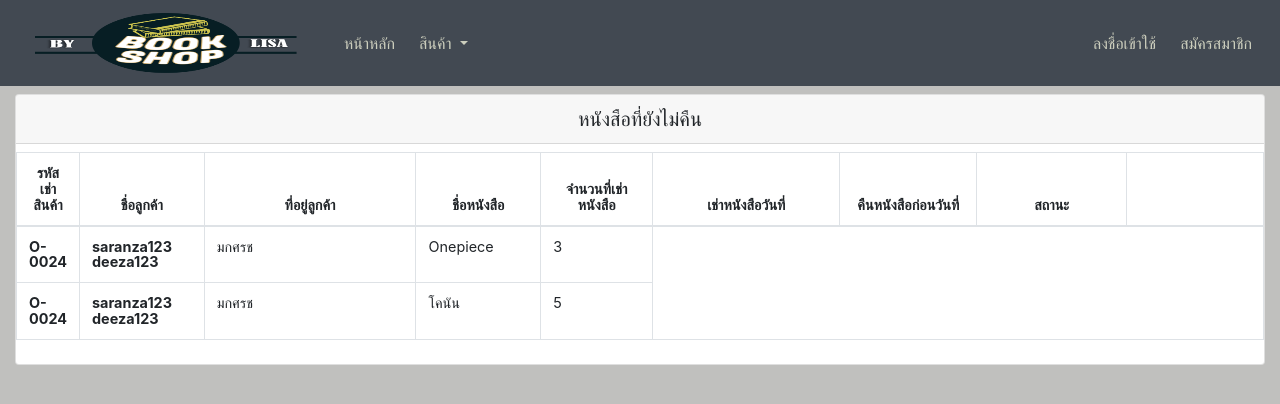
Repository: peawza/shopbook
Page: http://localhost/returnproduct.php?Order_id=24
The author's editor kept a copy of each file at every save. The page is drawn from the files as they stood at one save, then again after the next save.
The browser window is 1280 px wide. The pictures show the whole page.
The page is run by PHP 8.4 with error messages shown; the project is at /var/www/html/. Other server files are loaded and not shown. The database holds what the project's SQL file puts in it.

Above is the page before, as saved 2020-10-01 11:13:59.

### returnproduct.php
<!DOCTYPE html>
<html lang="en">

<head>
    <meta charset="UTF-8">
    <meta name="viewport" content="width=device-width, initial-scale=1.0">
    <title>Document</title>
    <?php
    require_once('php/condbbook.php');
    include('include\importcss.php');
    include('include\navber.php');
    //echo '<pre>';
    //print_r($_SESSION);
    //$_SESSION['ses_php_var'] = $_GET['sendVal'];
    //$_SESSION['ses_php_var'] = $_POST['sendVal'];
    //$_SESSION['Typeid'] = $_POST['Typeid'];
    //print_r($_POST);
    //print_r($_GET);
    //echo '<pre>';

    ?>
</head>

<body>
    <div class="container-fluid py-2">
        <div class="card ">
            <h5 class="card-header text-center">หนังสือที่ยังไม่คืน</h5>

            <div class="py-2">
                <table class="table table-bordered table-responsive-sm">
                    <thead>
                        <tr>
                            <th width="5%" class="text-center">รหัสเช่าสินค้า</th>
                            <th width="10%" class="text-center">ชื่อลูกค้า</th>
                            <th width="17%" class="text-center">ที่อยู่ลูกค้า</th>
                            <th width="10%" class="text-center">ชื่อหนังสือ</th>
                            <th width="9%" class="text-center">จำนวนที่เช่าหนังสือ</th>
                            <th width="15%" class="text-center">เช่าหนังสือวันที่</th>
                            <th width="11%" class="text-center">คืนหนังสือก่อนวันที่</th>
                            <th width="12%" class="text-center">สถานะ</th>
                            <th width="12%" class="text-center"></th>

                        </tr>
                    </thead>
                    <tbody>
                        <?php
                        /*
                    [0] => 1
                    [orders_id] => 1
                    [1] => 4
                    [User_ID] => 4
                    [2] => ฟหดกหฟดกหฟด
                    [Order_addressuser] => ฟหดกหฟดกหฟด
                    [3] => 2464
                    [orders_renttotal] => 2464
                    [4] => 0
                    [orders_returntotal] => 0
                    [5] => 2464
                    [orders_sumtotal] => 2464
                    [6] => 0
                    [orders_iscomplete] => 0
                    [7] => 4
                    [8] => user
                    [User_Username] => user
                    [9] => $2y$10$fB6aRvLojb8vG3ukgnwcle6rynH6hiaSNAOSCfskrj2DL4A6y8HM6
                    [User_Password] => $2y$10$fB6aRvLojb8vG3ukgnwcle6rynH6hiaSNAOSCfskrj2DL4A6y8HM6
                    [10] => ศุภชัย
                    [User_Firstname] => ศุภชัย
                    [11] => แจ้งอรุณ
                    [User_Lastname] => แจ้งอรุณ
                    [12] => 0970562607
                    [User_Telephonenumber] => 0970562607
                    [13] => agileza_555@hotmail.com
                    [User_Email] => agileza_555@hotmail.com
                    [14] => 9091310863447.jpg
                    [User_Photo] => 9091310863447.jpg
                    [15] => 2020-09-26
                    [User_Createdate] => 2020-09-26
                    [16] => admin
                    [User_Type] => admin
                    [17] => 1
                    [orderrent_id] => 1
                    [18] => 4
                    [orderrent_productid] => 4
                    [19] => 1
                    [orderrent_amount] => 1
                    [20] => 1232
                    [orderrent_totalprice] => 1232
                    [21] => 2020-09-30
                    [orderrent_rentdate] => 2020-09-30
                    [22] => 2020-10-20
                    [orderrent_returndate] => 2020-10-20
                    [23] => 0
                    [orderrent_status] => 0
                    [24] => 4
                    [Product_ID] => 4
                    [25] => 3
                    [Type_ID] => 3
                    [26] => sadsazzz
                    [Product_Name] => sadsazzz
                    [27] => asdasd
                    [Product_Details] => asdasd
                    [28] => 1232
                    [Product_Price] => 1232
                    [29] => 113
                    [Product_Balance] => 113
                    [30] => 2
                    [Product_rentday] => 2
                    [31] => 9091656962219.png
                    [Product_Photo] => 9091656962219.png
                    [32] => 2020-09-30
                    [Product_datesave] => 2020-09-30

                        */
                        if (isset($_GET['Order_id'])) {
                            $orderid = $_GET['Order_id'];
                            $selectproduct = "SELECT * FROM `orders`,`user`,`orderrent`,`product` WHERE `user`.`User_ID`=`orders`.`User_ID`AND`orders`.`orders_id`= `orderrent`.`orderrent_id`AND `product`.`Product_ID`=`orderrent`.`orderrent_productid` AND`orderrent`.`orderrent_id`= '" . $orderid . "'";
                            $resulproduct = mysqli_query($conn, $selectproduct);
                            while ($rowproduct = mysqli_fetch_array($resulproduct)) {
                        ?>
                        <tr>
                            <th><?php
                                        $code = sprintf('O-%04d', $rowproduct['orders_id']);
                                        echo $code ?>
                            </th>
                            <th><?php echo $rowproduct["User_Firstname"] . ' ' . $rowproduct['User_Lastname'] ?>
                            </th>
                            <td><?php echo $rowproduct["Order_addressuser"]  ?></td>
                            <td><?php echo $rowproduct["Product_Name"]  ?></td>
                            <td><?php echo $rowproduct["orderrent_amount"]  ?></td>

                        </tr>



                        <?php
                                //echo '<pre>';
                                //print_r($rowproduct);
                                //echo '<pre>';
                            }
                        } else {


                            echo 'null';
                        }


                        ?>
                    </tbody>
                    </thead>
                </table>
            </div>
        </div>
    </div>










</body>
<?php
include('include\importjavascript.php');
?>

</html>

### php/condbbook.php
<?php
session_start();
$conn = new mysqli('localhost', 'root', '1234', 'shopbook');
$conn->set_charset("utf8");
//$conn->query('set name utf8');
//echo $conn->connect_error;
if ($conn->connect_errno) {
    die("conmection Failed" . $conn->connect_error);
} /*else {
    die("OK Database");
}*/

//$conndata = new mysqli('localhost', 'root', '1234', 'shop');

### include/importcss.php
<link rel="stylesheet" href="node_modules/bootstrap/dist/css/bootstrap.min.css"> <!-- link เลือก css-->
<link rel="stylesheet" href="node_modules/font-awesome5/css/fontawesome-all.css">
<link rel="stylesheet" href="include/CSS/styles.css?v=<?php echo filemtime('include/CSS/styles.css'); ?>"
    type=" text/css">

<script src="https://www.google.com/recaptcha/api.js"></script>

<script src="https://ajax.googleapis.com/ajax/libs/jquery/2.2.0/jquery.min.js"></script>

<script src="https://maxcdn.bootstrapcdn.com/bootstrap/3.3.6/js/bootstrap.min.js"></script>

### include/importjavascript.php
<script src="node_modules/jquery/dist/jquery.min.js"></script> <!-- sc เลือก src -->
<script src="node_modules/popper.js/dist/umd/popper.min.js"></script>
<script src="node_modules/bootstrap/dist/js/bootstrap.min.js"></script>
<script src="node_modules/jquery-validation/dist/jquery.validate.min.js"></script>
<script src="include/JS/script.js?v=<?php echo filemtime('include/JS/script.js') ?>"></script>

### DB/shopbook.sql (the tables this page reads)
CREATE TABLE `orderrent` (
  `orderrent_id` int(11) NOT NULL,
  `orderrent_productid` int(11) NOT NULL,
  `orderrent_amount` int(11) NOT NULL,
  `orderrent_totalprice` int(11) NOT NULL,
  `orderrent_rentdate` date NOT NULL,
  `orderrent_returndate` date NOT NULL,
  `orderrent_status` int(11) NOT NULL
) ENGINE=InnoDB DEFAULT CHARSET=utf8mb4 COLLATE=utf8mb4_bin;

INSERT INTO `orderrent` (`orderrent_id`, `orderrent_productid`, `orderrent_amount`, `orderrent_totalprice`, `orderrent_rentdate`, `orderrent_returndate`, `orderrent_status`) VALUES
(21, 12, 1, 50, '2020-10-23', '2020-10-30', 1),
(21, 13, 1, 50, '2020-10-23', '2020-10-30', 1),
(21, 15, 1, 45, '2020-10-23', '2020-10-30', 1),
(21, 20, 1, 100, '2020-10-23', '2020-10-30', 1),
(22, 4, 3, 300, '2020-10-23', '2020-10-30', 1),
(23, 13, 1, 50, '2020-10-23', '2020-10-30', 1),
(24, 7, 3, 150, '2020-10-25', '2020-11-01', 0),
(24, 24, 5, 175, '2020-10-25', '2020-11-01', 0),
(25, 8, 10, 500, '2020-10-25', '2020-11-01', 1),
(26, 8, 10, 500, '2020-10-25', '2020-11-01', 1),
(27, 15, 40, 1800, '2020-10-25', '2020-11-01', 1),
(28, 4, 10, 1000, '2020-10-25', '2020-11-01', 1),
(29, 12, 1, 50, '2020-10-25', '2020-11-01', 1),
(29, 23, 10, 300, '2020-10-25', '2020-11-01', 1),
(30, 7, 1, 50, '2020-10-25', '2020-11-01', 1),
(30, 24, 1, 35, '2020-10-25', '2020-11-01', 1),
(31, 12, 1, 50, '2020-10-25', '2020-11-01', 1),
(31, 24, 1, 35, '2020-10-25', '2020-11-01', 1),
(31, 42, 1, 70, '2020-10-25', '2020-11-01', 1),
(32, 23, 1, 30, '2020-10-25', '2020-11-01', 1),
(33, 36, 10, 1000, '2020-10-25', '2020-11-01', 1),
(34, 51, 1, 200, '2020-10-25', '2020-11-04', 1),
(35, 51, 60, 12000, '2020-10-25', '2020-11-04', 1),
(36, 47, 70, 2100, '2020-10-25', '2020-11-01', 0),
(37, 25, 50, 2000, '2020-10-25', '2020-11-01', 0),
(38, 3, 1, 100, '2020-10-27', '2020-11-03', 1),
(39, 16, 1, 75, '2020-10-27', '2020-11-03', 1),
(40, 52, 10, 1000, '2020-10-27', '2020-11-03', 0),
(41, 51, 1, 200, '2020-10-27', '2020-11-06', 0);

ALTER TABLE `orderrent`
  ADD PRIMARY KEY (`orderrent_id`,`orderrent_productid`) USING BTREE,
  ADD KEY `orderrent_productid` (`orderrent_productid`);

ALTER TABLE `orderrent`
  ADD CONSTRAINT `orderrent_ibfk_2` FOREIGN KEY (`orderrent_productid`) REFERENCES `product` (`Product_ID`),
  ADD CONSTRAINT `orderrent_ibfk_3` FOREIGN KEY (`orderrent_id`) REFERENCES `orders` (`orders_id`) ON DELETE CASCADE;

CREATE TABLE `orders` (
  `orders_id` int(11) NOT NULL,
  `User_ID` int(11) NOT NULL,
  `Order_addressuser` text COLLATE utf8mb4_bin NOT NULL,
  `orders_renttotal` float NOT NULL DEFAULT 0,
  `orders_returntotal` float NOT NULL DEFAULT 0,
  `orders_sumtotal` float NOT NULL,
  `orders_iscomplete` int(11) NOT NULL
) ENGINE=InnoDB DEFAULT CHARSET=utf8mb4 COLLATE=utf8mb4_bin;

INSERT INTO `orders` (`orders_id`, `User_ID`, `Order_addressuser`, `orders_renttotal`, `orders_returntotal`, `orders_sumtotal`, `orders_iscomplete`) VALUES
(21, 9, 'ชลบุรี', 245, 0, 245, 2),
(22, 9, '', 300, 0, 300, 2),
(23, 9, '123', 50, 0, 50, 2),
(24, 10, 'มกศรช', 325, 0, 325, 0),
(25, 9, 'sdafffsdfdsafdsagdasgaasdfdsag', 500, 0, 500, 2),
(26, 9, 'หฟกหฟกหฟกหฟกกหฟ', 500, 0, 500, 2),
(27, 9, 'adsdsa', 1800, 1500, 3300, 2),
(28, 9, 'asdasdsa', 1000, 1000, 2000, 2),
(29, 11, 'มกศรช', 350, 0, 350, 2),
(30, 11, 'มกศรช ผฟกหกห', 85, 170, 255, 2),
(31, 11, 'ชลบุรี', 155, 0, 155, 2),
(32, 11, '123132', 30, 0, 30, 2),
(33, 11, '123', 1000, 0, 1000, 2),
(34, 11, '123123\r\n', 200, 0, 200, 2),
(35, 11, '1111\r\n\r\n', 12000, 0, 12000, 2),
(36, 11, 'ชลบุรี', 2100, 0, 2100, 0),
(37, 11, 'ชลบุรี', 2000, 0, 2000, 0),
(38, 9, 'ชลบุรี', 100, 0, 100, 2),
(39, 9, 'มก', 75, 150, 225, 2),
(40, 9, 'มก', 1000, 0, 1000, 0),
(41, 12, 'asd', 200, 0, 200, 0);

ALTER TABLE `orders`
  ADD PRIMARY KEY (`orders_id`),
  ADD KEY `User_ID` (`User_ID`);

ALTER TABLE `orders`
  ADD CONSTRAINT `orders_ibfk_1` FOREIGN KEY (`User_ID`) REFERENCES `user` (`User_ID`);

CREATE TABLE `product` (
  `Product_ID` int(11) NOT NULL,
  `Type_ID` int(11) NOT NULL,
  `Product_Name` text COLLATE utf8mb4_bin NOT NULL,
  `Product_Details` text COLLATE utf8mb4_bin NOT NULL,
  `Product_Price` float NOT NULL,
  `product_buy` int(11) DEFAULT NULL,
  `Product_Balance` int(11) NOT NULL,
  `Product_rentday` int(11) NOT NULL,
  `Product_Photo` text COLLATE utf8mb4_bin NOT NULL,
  `Product_datesave` date NOT NULL
) ENGINE=InnoDB DEFAULT CHARSET=utf8mb4 COLLATE=utf8mb4_bin;

INSERT INTO `product` (`Product_ID`, `Type_ID`, `Product_Name`, `Product_Details`, `Product_Price`, `product_buy`, `Product_Balance`, `Product_rentday`, `Product_Photo`, `Product_datesave`) VALUES
(3, 11, 'บุเพสันนิวาส', 'เกศสุรางค์ หญิงสาวร่างอ้วนจำต้องทะลุมิติไปในรัชกาลสมเด็จพระนารายณ์มหาราช ในร่างของแม่หญิงการะเกดผู้แสนร้ายกาจ และได้พบกับผู้คนมากมายทั้ง หมื่นสุนทรเทวา ผู้เป็นคู่หมั้นคู่หมายของการะเกด ออกญาโหราธิบดี ราชครูของพระนารายณ์ แม่มะลิ บุตรสาวของแขกฟานิกลูกครึ่งญี่ปุ่น โปรตุเกส และผู้คนอีกมากมาย', 100, 200, 10, 7, '9102909146241.jpg', '2020-10-23'),
(4, 11, 'ปริศนามหาเวทย์', 'ปริศนามหาเวทย์', 100, 200, 5, 7, '9102908113900.gif', '2020-10-20'),
(5, 11, 'Sea Witch', 'Sea Witch', 100, 200, 10, 7, '9102908766196.jpg', '2020-10-20'),
(7, 10, 'Onepiece', 'เป็นเรื่องราวในยุคทองของโจรสลัด โจรสลัดทุกคนมีเป้าหมายเดียวกันคือเพื่อค้นหา สมบัติที่เรียกว่า \"วันพีช\" ซึ่งผู้ใดสามารถค้นหาและครอบครองวันพีชอยู่ ผู้นั้นก็คือเจ้าแห่งโจรสลัด(ราชาโจรสลัด) โดยผู้ที่เคยครอบครองวันพีชนั้นมีอยู่คนเดียวตามที่เปิดเผยคือ เจ้าแห่งโจรสลัด โกลด์ ดี โรเจอร์ ซึ่งหลังจากที่ ได้ครอบครองวันพีซแล้ว โกลด์ ดี โรเจอร์ก็ได้มอบตัว และยอมรับโทษการประหารชีวิตที่เกาะโร๊คบ้านเกิดของตนนั่นเอง และก่อนตายโกลด์ ดี โรเจอร์ ได้ทิ้งคำพูดก่อนตายที่เปลี่ยนยุคสมัยของโจรสลัดว่า \"สมบัติของฉันหรอ อยากได้ก็เอาไปซิ ไปหาเอาเลย ฉันเอาทุกอย่างบนโลกไปไว้ที่นั่นหมดแล้ว\" แล้วเหล่า โจรสลัดทั้งหลายจึงมุ่งหน้าสู้แกรนด์ไลน์เพื่อตามหาวันพีซ', 50, 100, 6, 7, '9102907166680.jpg', '2020-10-23'),
(8, 10, 'Naruto', 'นารูโตะเป็นกำพร้าและไม่มีพี่น้อง เติบโตขึ้นโดยไม่รู้ว่าตนเองมีจิ้งจอกเก้าหางอยู่ภาย ในร่างกาย หลังจากสำเร็จการศึกษาเป็นนินจาชั้น เกะนิน (นินจาระดับล่าง) และปฏิบัติหน้าที่ภายใต้การควบคุมของ ฮาตาเกะ คาคาชิ ซึ่งเป็น โจนิน (นินจาระดับสูง) ฉายา ก๊อบปี้นินจา โดยมีสมาชิกร่วมทีมอีกสองคน คือ อุจิวะ ซาสึเกะ และ ฮารุโนะ ซากุระ', 50, 100, 10, 7, '9102907412301.jpg', '2020-10-23'),
(12, 10, 'Fairytail', 'นัตสึ ดรากูนีล\"ดราก้อนสเลเยอร์ไฟ ได้ออกเดินทางเพื่อตามหาอิกนิลหรือมังกรที่เปรียบเสมือนพ่อของนัตสึ ไปกับแมวบินได้และพูดได้ ชื่อ แฮปปี้ โดยระหว่างทางได้พบกับ\"ลูซี่ ฮาร์ทฟิเลีย\"สาวน้อยผู้อัญเชิญเทพแห่งดวงดาวและได้ตกลงเป็นเพื่อนกันเพราะลูซี่นั้นอยากเข้ากิลด์แฟรี่เทล', 50, 100, 10, 7, '9102906035329.png', '2020-10-23'),
(13, 13, 'Time', 'นิตยสาร TIME', 50, 150, 4, 7, '9104350156863.jpg', '2020-10-23'),
(14, 12, '51 คำถาามเพิ่มความรู้เรื่องอาชีพ', 'รวมประเด็นน่าสนใจเกี่ยวกับอาชีพ', 100, 150, 10, 7, '9104350802507.jpg', '2020-10-23'),
(15, 10, 'Doraemon', 'หุ่นยนเเมวที่ส่งมาช่วย โนบิตะ เพื่อให้อนาคตของเขาเปลื่ยนไป', 45, 75, 29, 7, '9104351707679.png', '2020-10-23'),
(16, 10, '3ก๊ก', 'ตำนานของวีรบุรุษที่จะรวมเเผ่นดินทั้ง3เป็น1', 75, 150, 19, 7, '9104352222267.jpg', '2020-10-23'),
(17, 12, '30 สิ่งมหัศจรรย์ของโลกที่น่ารู้', 'สิ่งมหัศจรรย์ของโลก', 50, 100, 5, 7, '9104352622959.jpg', '2020-10-23'),
(18, 12, 'เกร็ดความรู้เเละภาษาอาเซียน', 'ความรู้เเละภาษาอาเซียน', 80, 150, 9, 7, '9104353026534.jpg', '2020-10-23'),
(19, 13, 'BAZAAR', 'BAZAAR', 50, 190, 10, 7, '9104353499954.jpg', '2020-10-23'),
(20, 12, 'วิทยาศาสตร์ฉลาดรู้เรื่องสมอง', 'วิทยาศาสตรที่เกี่ยวความรู้เรื่องสมอง', 100, 170, 20, 7, '9104353867647.gif', '2020-10-23'),
(21, 11, 'The butterfly tree', 'The butterfly tree', 170, 300, 5, 7, '9104354170879.jpg', '2020-10-23'),
(22, 13, 'CAMPUS', 'CAMPUS', 60, 165, 10, 7, '9104354376857.jpg', '2020-10-23'),
(23, 10, 'ชินจังจอมเเก่น', 'เรื่องราวชินจังที่ต้องทำให้คุณต้องหัวเราะ', 30, 85, 50, 7, '9104354830108.gif', '2020-10-23'),
(24, 10, 'โคนัน', 'นักสืบหนุ่มที่ถูกชายชุดดำจับตัวให้ไปกินยา พอตื่นขึ้นมากลับกายเป็นเด็กอีกครั้ง', 35, 70, 44, 7, '9104355382500.jpg', '2020-10-23'),
(25, 10, 'Dragonball', 'ซุนโกคู ในวัยเด็ก ก็ได้รู้เกี่ยวกับ ดราก้อนบอล จาก บลูม่า ซึ่งกำลังตามหาอยู่ แถมโกคูเองก็มี ดราก้อนบอล4ดาว ซึ่งเป็นของต่างหน้าคุณปู่ ซุนโกฮัง อีกด้วย ก็เลยตัดสินใจไปตามหาดราก้อนบอลด้วยกัน ต่อมาก็ได้ อูลอน มาเป็นพวกช่วยหาด้วย แต่ในระหว่างนั้น ก็มี ยามุชา และ ปูอัล กับ ปิลาฟและพรรคพวก คอยตามหาดราก้อนบอลด้วย', 40, 75, 0, 7, '9104355839451.jpg', '2020-10-23'),
(26, 11, 'ECHOES FROM THE PAST', 'Echoes from the past', 190, 300, 10, 7, '9104356230225.jpg', '2020-10-23'),
(27, 13, 'ELLE', 'ELLE', 30, 90, 10, 6, '9104356389396.webp', '2020-10-23'),
(28, 13, 'FIGARO JAPAN', 'FIGARO JAPAN', 60, 150, 3, 4, '9104356627109.jpg', '2020-10-23'),
(29, 12, 'คว้าเกรด A ง่ายกว่าที่คิด', 'คว้าเกรด A ง่ายกว่าที่คิด', 55, 130, 7, 6, '9104356893659.png', '2020-10-23'),
(30, 11, 'Harry Potter', 'Harry Potter', 160, 300, 30, 7, '9104357146935.jpg', '2020-10-23'),
(31, 13, 'L OFFICIEL', 'L OFFICIEL', 30, 70, 10, 7, '9104357596692.jpg', '2020-10-23'),
(32, 12, 'สนุกกับการค้นหาความรู้ข้างในแผนที่โลก', 'สนุกกับการค้นหาความรู้ข้างในแผนที่โลก', 60, 150, 10, 7, '9104357883099.jpg', '2020-10-23'),
(33, 10, 'My Hero Academia', 'ว่าด้วยเรื่องราวในอนาคต เมื่อพลังพิเศษได้ถูกทยอยค้นพบทั่วทุกมุมโลก จนกลายเป็นเรื่องปกติของคนเจนเนอเรชั่นใหม่ ที่ล้วนเป็นผู้มี “อัตลักษณ์” (พลังพิเศษเฉพาะตัว) สังคมยอดมนุษย์จึงได้เริ่มขึ้น ขณะเดียวกันความวุ่นวายจากผู้ใช้พลังพิเศษในทางที่ผิด ก็ยกระดับความรุนแรง ประเทศจึงได้ร่างกฏหมายต่อต้านความรุนแรง โดยให้เหล่าผู้กล้าคอยปราบปรามเหล่าวายร้าย ', 40, 75, 40, 7, '9104359185860.jpg', '2020-10-23'),
(34, 13, 'OK MAGAZINE', 'OK MAGAZINE', 30, 90, 10, 7, '9104359398955.jpg', '2020-10-23'),
(35, 10, 'Pinocchio', 'Pinocchio', 100, 200, 5, 7, '9104359601161.jpg', '2020-10-23'),
(36, 11, 'บ้านทรายทอง', 'บ้านทรายทอง', 100, 250, 10, 7, '9104359808705.jpg', '2020-10-23'),
(37, 12, 'เอาชีวิครอดบนเกาะร้าง', 'เอาชีวิครอดบนเกาะร้าง', 80, 135, 5, 7, '9104360075753.webp', '2020-10-23'),
(38, 13, 'VOGUE', 'VOGUE', 30, 75, 10, 7, '9104360487722.jpg', '2020-10-23'),
(39, 11, 'Twilight', 'Twilight', 240, 300, 20, 7, '9104361247095.jpg', '2020-10-23'),
(40, 11, 'The darkness of light', 'The darkness of light', 150, 250, 6, 7, '9104361459702.jpg', '2020-10-23'),
(41, 12, 'เพศศึกษาที่เราอยากรู้', 'เพศศึกษาที่เราอยากรู้', 60, 150, 10, 7, '9104361760502.jpg', '2020-10-23'),
(42, 10, 'Sailormoon', 'Sailormoon', 70, 125, 50, 7, '9104361988958.png', '2020-10-23'),
(43, 11, 'RISEN', 'RISEN', 150, 350, 10, 7, '9104362289392.jpg', '2020-10-23'),
(44, 11, 'REALM OF RUINS', 'REALM OF RUINS', 180, 300, 4, 7, '9104362809007.jpg', '2020-10-23'),
(45, 10, 'สโนว์ไวท์', 'สโนว์ไวท์', 100, 200, 7, 5, '9104367662917.jpg', '2020-10-23'),
(46, 10, 'อลิซ ท่องเเดนมหัศจรรย์', 'อลิซ ท่องเเดนมหัศจรรย์', 40, 150, 5, 7, '9104367935394.jpg', '2020-10-23'),
(47, 10, 'Bleach', 'Bleach', 30, 75, 0, 7, '9104368159565.jpg', '2020-10-23'),
(48, 10, 'Lion King', 'Lion King', 70, 150, 2, 3, '9104368352654.jpg', '2020-10-23'),
(49, 12, 'รัชการที่ 9', 'ประวัติศาสตร์ของในหลวงรัชกาลที่ 9', 50, 150, 10, 7, '9104368788022.jpg', '2020-10-23'),
(51, 13, 'qweqwe', 'ssadzxc', 200, 500, 69, 10, '9105550929723.png', '2020-10-26'),
(52, 15, 'เลข', 'หนังสือเลข', 100, 200, 40, 7, '9106337351482.jpg', '2020-10-27');

ALTER TABLE `product`
  ADD PRIMARY KEY (`Product_ID`),
  ADD KEY `Type_ID` (`Type_ID`);

ALTER TABLE `product`
  MODIFY `Product_ID` int(11) NOT NULL AUTO_INCREMENT, AUTO_INCREMENT=53;

ALTER TABLE `product`
  ADD CONSTRAINT `product_ibfk_1` FOREIGN KEY (`Type_ID`) REFERENCES `producttype` (`Type_ID`);

CREATE TABLE `producttype` (
  `Type_ID` int(11) NOT NULL,
  `Type_Name` text COLLATE utf8mb4_bin NOT NULL
) ENGINE=InnoDB DEFAULT CHARSET=utf8mb4 COLLATE=utf8mb4_bin;

INSERT INTO `producttype` (`Type_ID`, `Type_Name`) VALUES
(10, 'หนังสือการ์ตูน'),
(11, 'หนังสือนิยาย'),
(12, 'หนังสือให้ความรู้'),
(13, 'นิตยสาร'),
(14, 'หนังสืออ้างอิง'),
(15, 'หนังสือเรียน');

ALTER TABLE `producttype`
  ADD PRIMARY KEY (`Type_ID`);

ALTER TABLE `producttype`
  MODIFY `Type_ID` int(11) NOT NULL AUTO_INCREMENT, AUTO_INCREMENT=16;

CREATE TABLE `user` (
  `User_ID` int(11) NOT NULL,
  `User_Username` varchar(30) COLLATE utf8mb4_bin NOT NULL,
  `User_Password` varchar(255) COLLATE utf8mb4_bin NOT NULL,
  `User_Firstname` varchar(60) COLLATE utf8mb4_bin NOT NULL,
  `User_Lastname` varchar(60) COLLATE utf8mb4_bin NOT NULL,
  `User_Telephonenumber` varchar(20) COLLATE utf8mb4_bin NOT NULL,
  `User_Email` varchar(100) COLLATE utf8mb4_bin NOT NULL,
  `User_Photo` text COLLATE utf8mb4_bin NOT NULL,
  `User_Createdate` date NOT NULL,
  `User_Type` text COLLATE utf8mb4_bin NOT NULL
) ENGINE=InnoDB DEFAULT CHARSET=utf8mb4 COLLATE=utf8mb4_bin;

INSERT INTO `user` (`User_ID`, `User_Username`, `User_Password`, `User_Firstname`, `User_Lastname`, `User_Telephonenumber`, `User_Email`, `User_Photo`, `User_Createdate`, `User_Type`) VALUES
(4, 'admin', '$2y$10$SY4xbwIYnzlGXMpgdZHyf.LPEcYFIsZqluIzuCwKXBq3M3BeEG5Ay', 'saran', 'Deesubin', '0000000001', 'saran.de@ku.th', '9102901537951.png', '2020-09-26', 'admin'),
(9, 'ford', '$2y$10$PMdn09lEjbW1HXQUbcYTxuSygozJvQIxKzWmVceRwvZWU79uc0co2', 'sarann', 'dee', '0983575083', 'fordza1231230@gmail.com', 'profile.png', '2020-10-20', 'admin'),
(10, 'saran', '$2y$10$xXmyvxu.6Nv/xL8ooPsf6uwzp2iGCALRMP7ofoMnBqTHUTzz8pFlC', 'saranza123', 'deeza123', '0123456798', 'ford555@gmail.com', '9105289098934.png', '2020-10-25', 'user'),
(11, 'fordza', '$2y$10$VorVYHQiu9vKXUfmvjVqq.bxwNfPxcRe67GpKwcaU8LfqKm04ecPO', 'fordford', 'zazaza', '0147258369', 'zaza@gmail.com', '9105549518927.jpg', '2020-10-25', 'admin'),
(12, 'asdasd', '$2y$10$F8XcUHvSW4NBR.UZKQddSOY8g.F2t0/vdqPHFuTDspI6tqRk0ydZm', 'asdasd', 'asdasd', '0147258147', 'asd@gmail.com', 'profile.png', '2020-10-27', 'user'),
(13, 'user', '$2y$10$Pw1k2zepH2brdS54XpYJIOsdyI/SlskWDDMMcrrCiCg8F/51VUKwm', 'ศุภชัย', 'แจ้งอรุณ', '0970562607', 'agileza_555@hotmail.com', 'profile.png', '2020-10-29', 'admin'),
(14, 'user2', '$2y$10$Bdcw55H//GAhyWCmsa4CHeFME8wXIUPC1HxJAkJOYH/9U5/u14Ix.', 'ศุภชัย', 'แจ้งอรุณ', '0970562607', 'agileza_555@hotmail.com', 'profile.png', '2020-10-29', 'user');

ALTER TABLE `user`
  ADD PRIMARY KEY (`User_ID`);

ALTER TABLE `user`
  MODIFY `User_ID` int(11) NOT NULL AUTO_INCREMENT, AUTO_INCREMENT=15;

Loaded but not shown: include/JS/script.js (557 lines, source omitted); include/navber.php (209 lines, source omitted); include/CSS/styles.css (248 lines, source omitted)

After the next save:
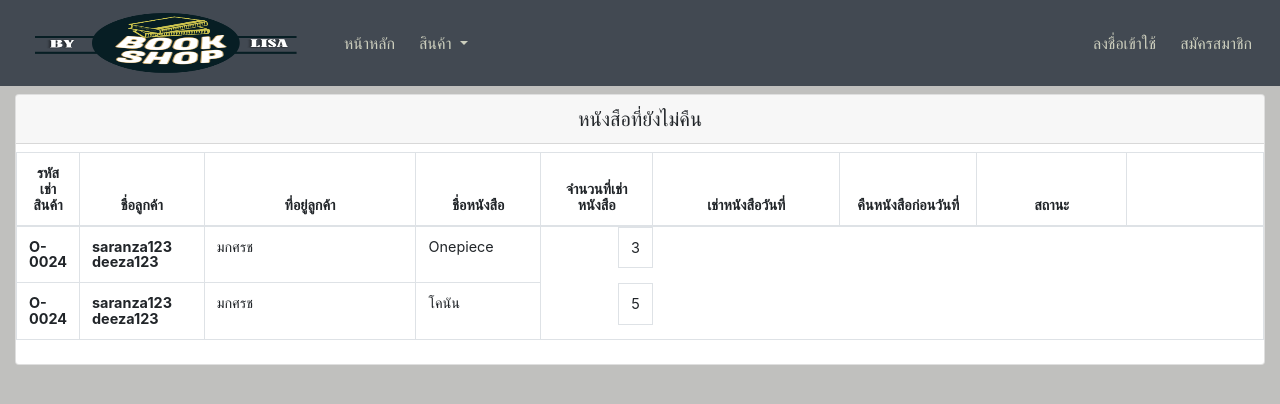
Saved 17 s later.
--- a/returnproduct.php
+++ b/returnproduct.php
@@ -127,7 +127,7 @@
                             </th>
                             <td><?php echo $rowproduct["Order_addressuser"]  ?></td>
                             <td><?php echo $rowproduct["Product_Name"]  ?></td>
-                            <td><?php echo $rowproduct["orderrent_amount"]  ?></td>
+                            <td class="float-md-right"><?php echo $rowproduct["orderrent_amount"]  ?></td>
 
                         </tr>
 

After the save that followed:
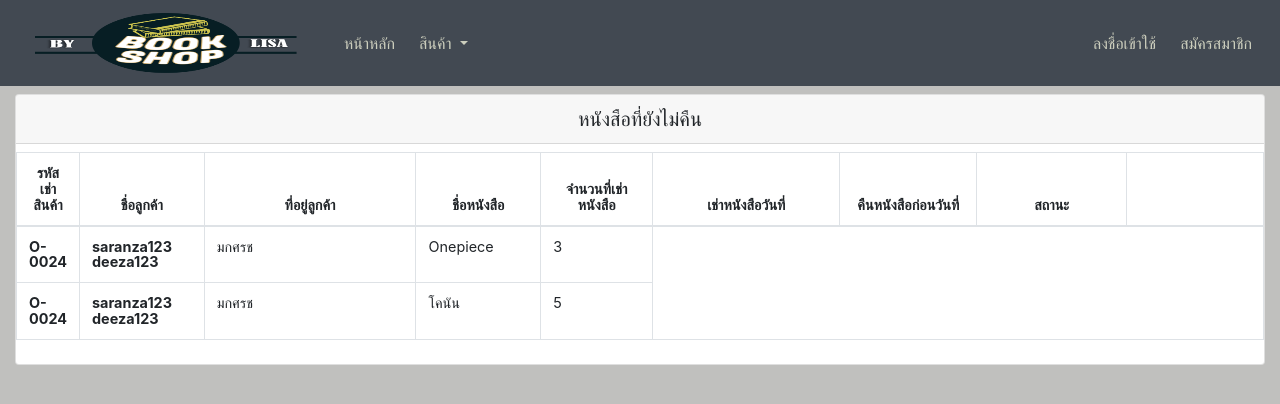
Saved 8 s later.
--- a/returnproduct.php
+++ b/returnproduct.php
@@ -127,7 +127,7 @@
                             </th>
                             <td><?php echo $rowproduct["Order_addressuser"]  ?></td>
                             <td><?php echo $rowproduct["Product_Name"]  ?></td>
-                            <td class="float-md-right"><?php echo $rowproduct["orderrent_amount"]  ?></td>
+                            <td class="floatright"><?php echo $rowproduct["orderrent_amount"]  ?></td>
 
                         </tr>
 
